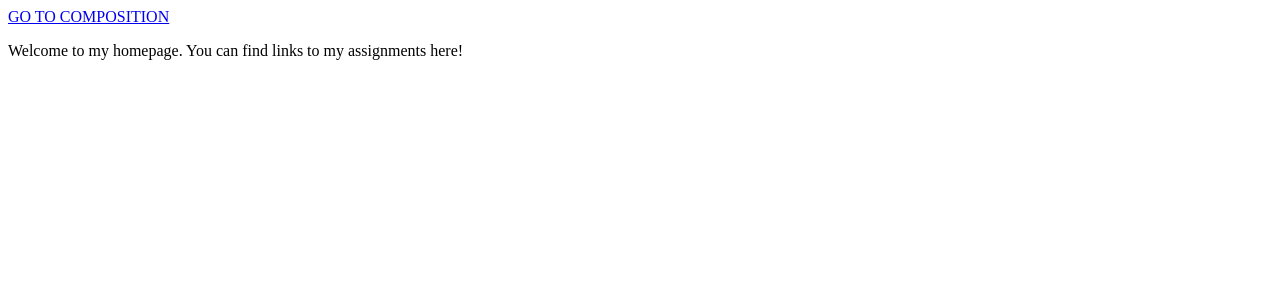
Repository: diasm568/diasm568.github.io
Page: composition/index.html
The author's editor kept a record of every edit. The page is drawn from the files as they stood at one moment, then again after the next edit.
The browser window is 1280 px wide. The pictures show the whole page.

Above is the page before.

### composition/index.html
<html>
    <head>
        <title>Hello World!</title>
    </head>

    <body>
    <a href="composition/index.html">GO TO COMPOSITION</a>
    <p>Welcome to my homepage. You can find links to my assignments here!</p>
    </body>
</html>

After the next edit:
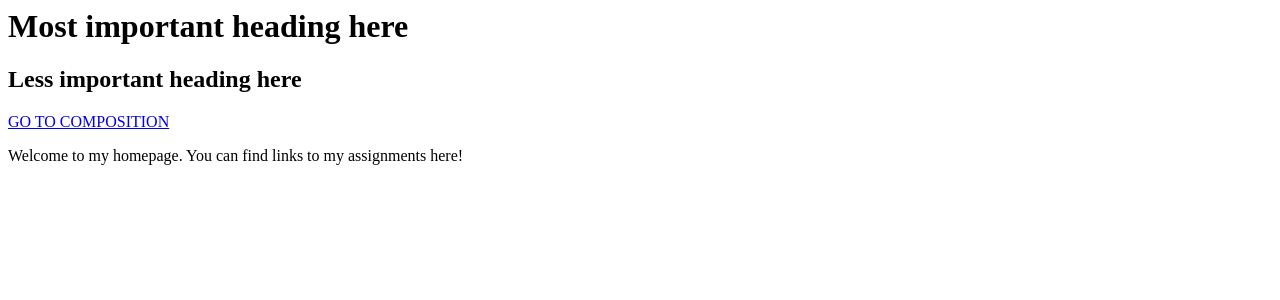
The edit:
--- a/composition/index.html
+++ b/composition/index.html
@@ -1,10 +1,14 @@
 <html>
     <head>
-        <title>Hello World!</title>
+  <header>
+    <h1>Most important heading here</h1>
+    <h2>Less important heading here</h3>
+  </header>
     </head>
 
     <body>
-    <a href="composition/index.html">GO TO COMPOSITION</a>
-    <p>Welcome to my homepage. You can find links to my assignments here!</p>
+        <a href="composition/index.html">GO TO COMPOSITION</a>
+        <br>
+        <p>Welcome to my homepage. You can find links to my assignments here!</p>
     </body>
 </html>
